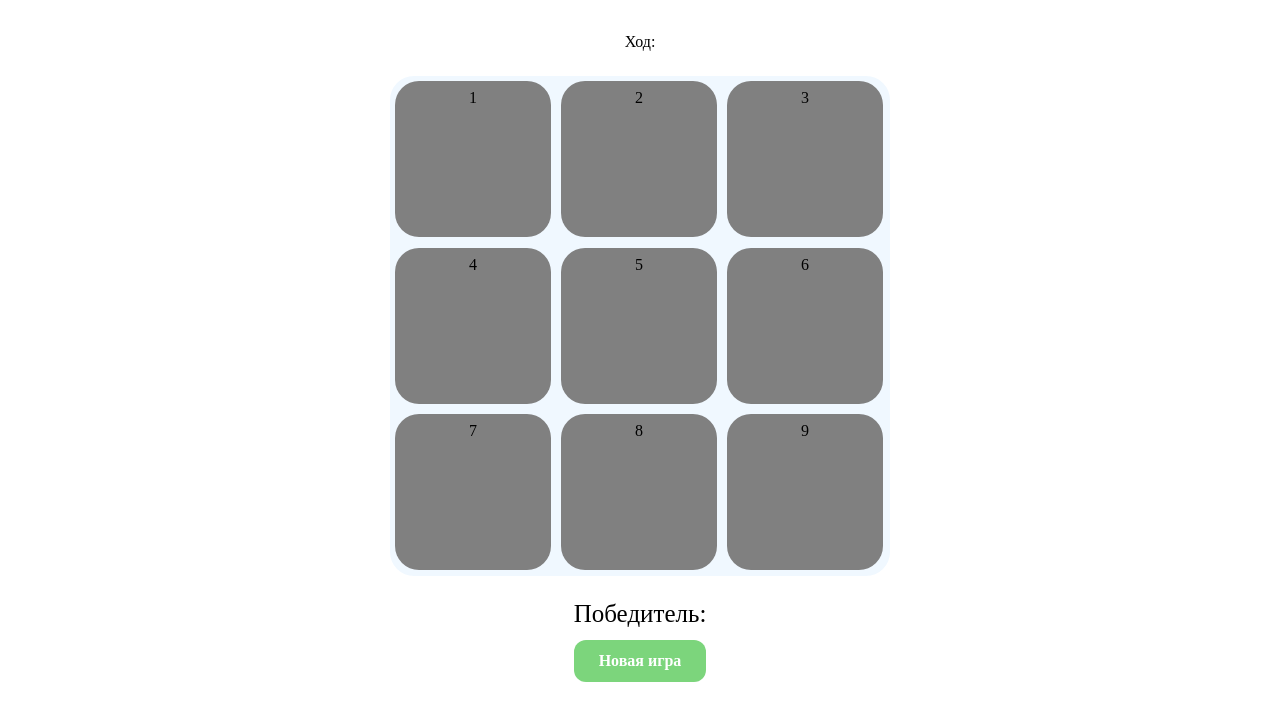
Repository: Pavel1776/krestik
Page: index.html
These files come from the project's save history. The page is drawn as it stood at one moment and after the next save; the edit follows.
The browser window is 1280 px wide. The pictures show the whole page.
The pointer rests on the first visible `.btnNewGame`.

Above is the page before, as saved 2025-09-15 16:36:19.

After the next save:
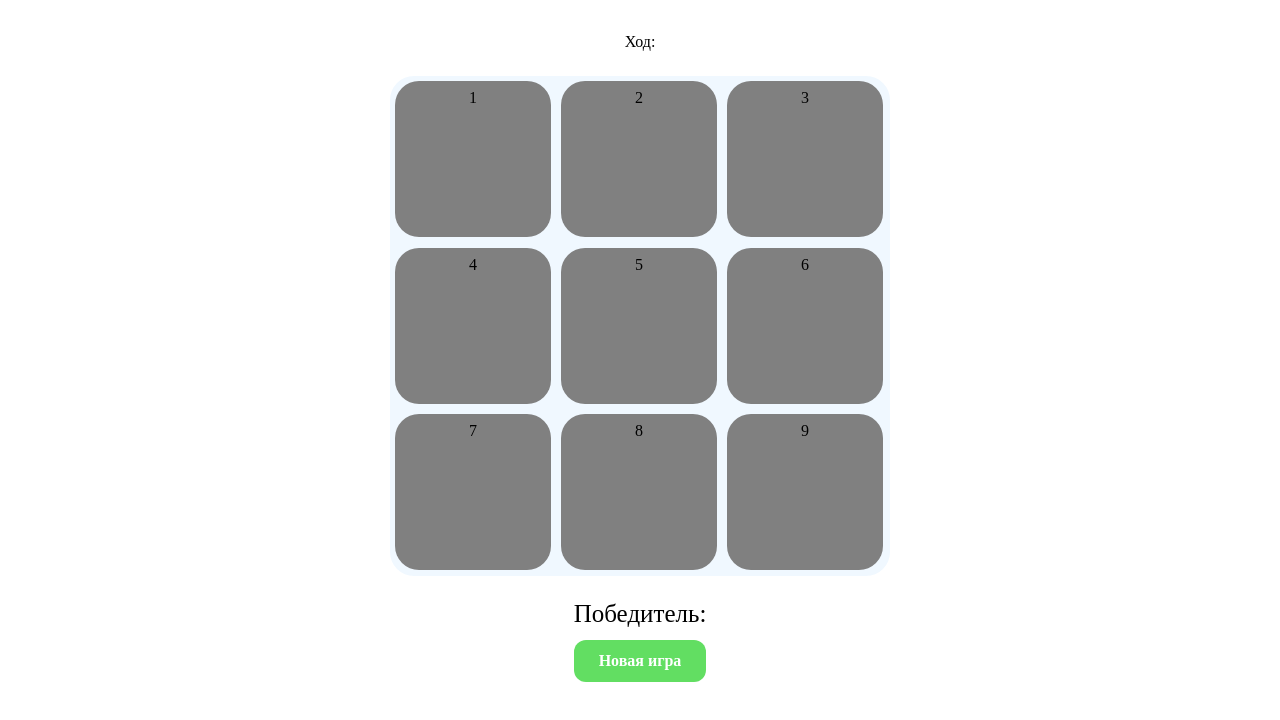
Saved 13 s later.
--- a/style.css
+++ b/style.css
@@ -82,5 +82,5 @@
   text-align: center;
 }
 .btnNewGame:hover{
-  background: rgb(124, 213, 124);
+  background: rgb(98, 222, 98);
 }
